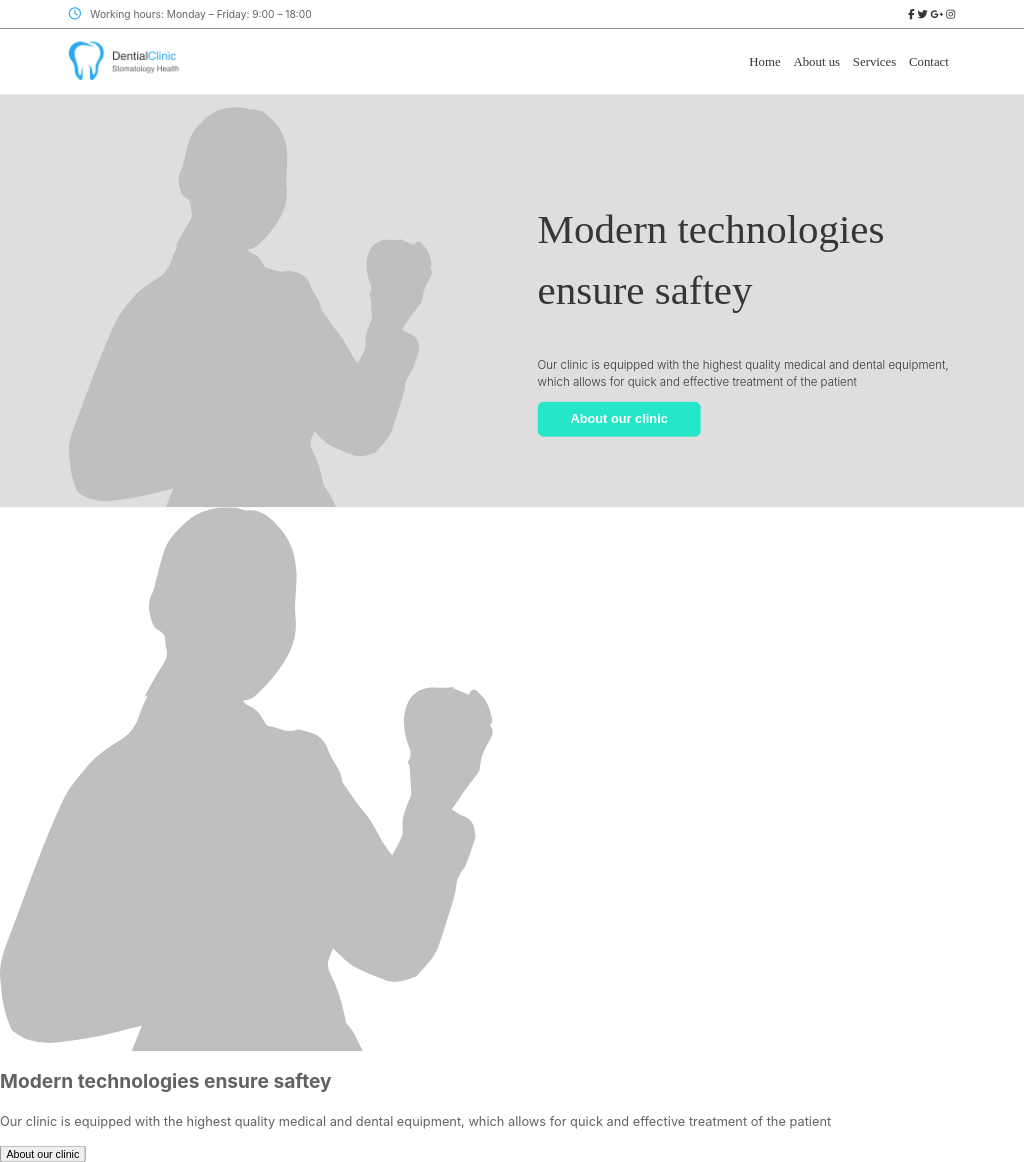
Repository: skepp4rn/uppgift1
Page: index.html
These files come from the project's save history. The page is drawn as it stood at one moment and after the next save; the edit follows.
The browser window is 1280 px wide. The pictures show the whole page, at 80% of full size.
Some web libraries are served in a nearby version.

Above is the page before, as saved 2020-11-20 17:00:23.

After the next save:
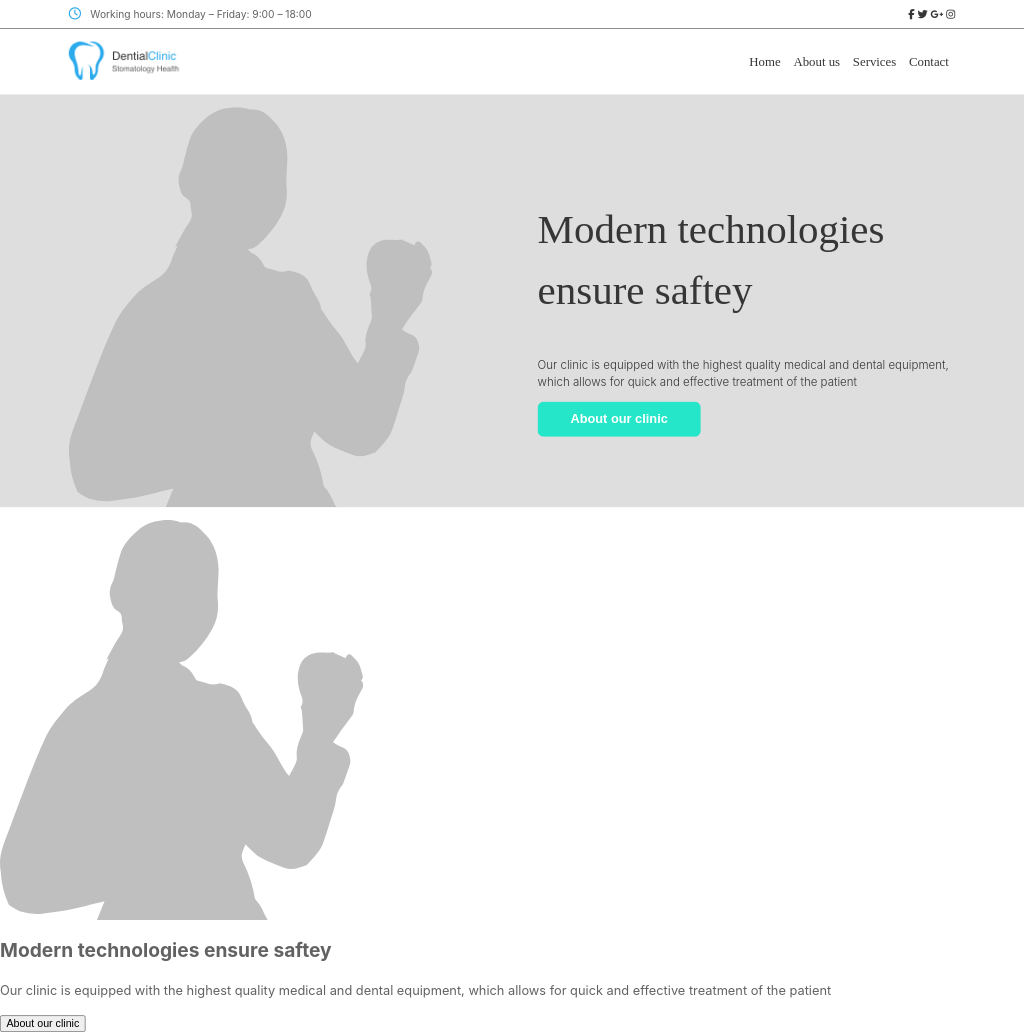
Saved 8 s later.
--- a/style.css
+++ b/style.css
@@ -193,7 +193,7 @@ a:hover {
 
 }
 
-#showcasedown .container img {
+#showcasedown .containerdown img {
     height: 500px;
     margin-top: 1rem;
 
